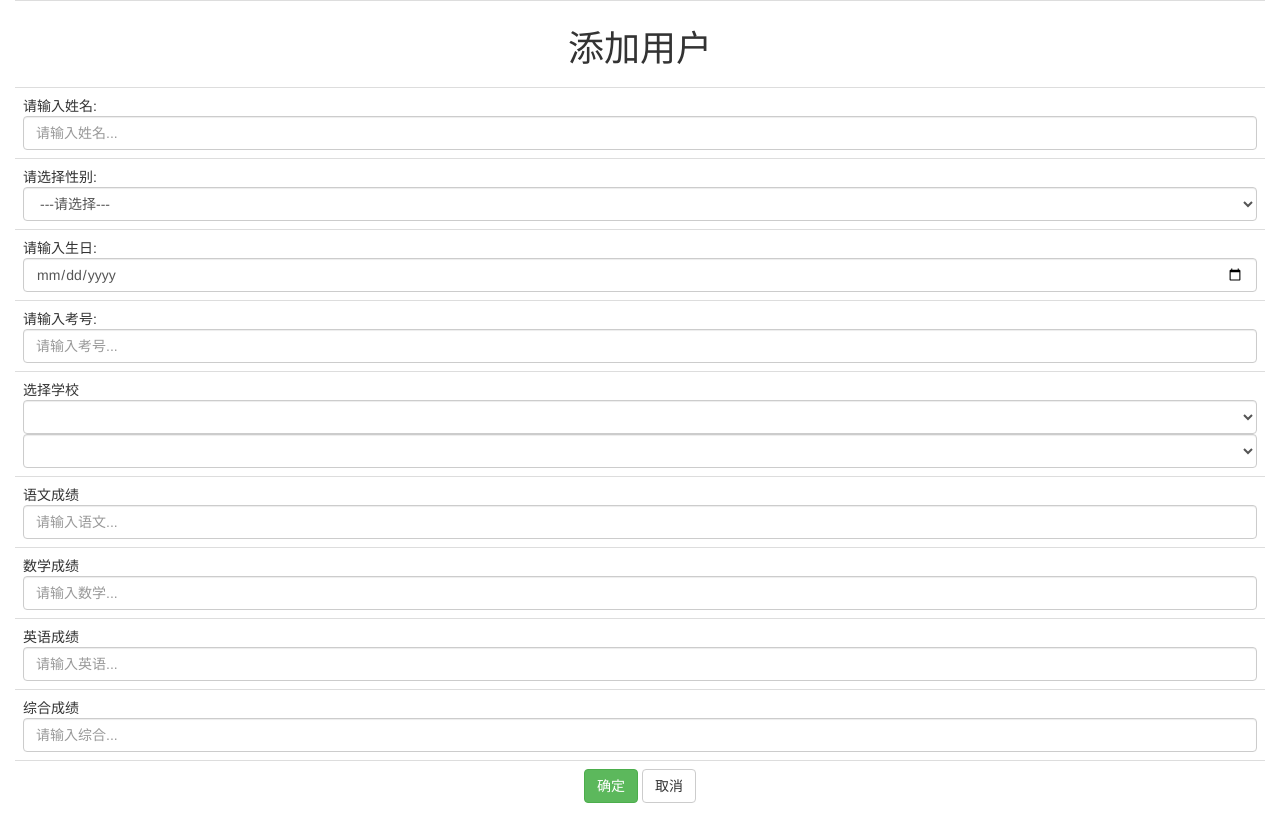
Repository: HelloChuang/HelloChuang-EclipseWorkSpace
Page: http://localhost/JustTest/user_add.jsp
An editor plug-in stored every save of this project. The page is shown before and after the next save, followed by the edit.
The browser window is 1280 px wide. The pictures show the whole page.
The page is served by Tomcat 9. Nobody is signed in. The application's start-up code is not run.

Above is the page before, as saved 2018-11-06 14:14:56.

After the next save:
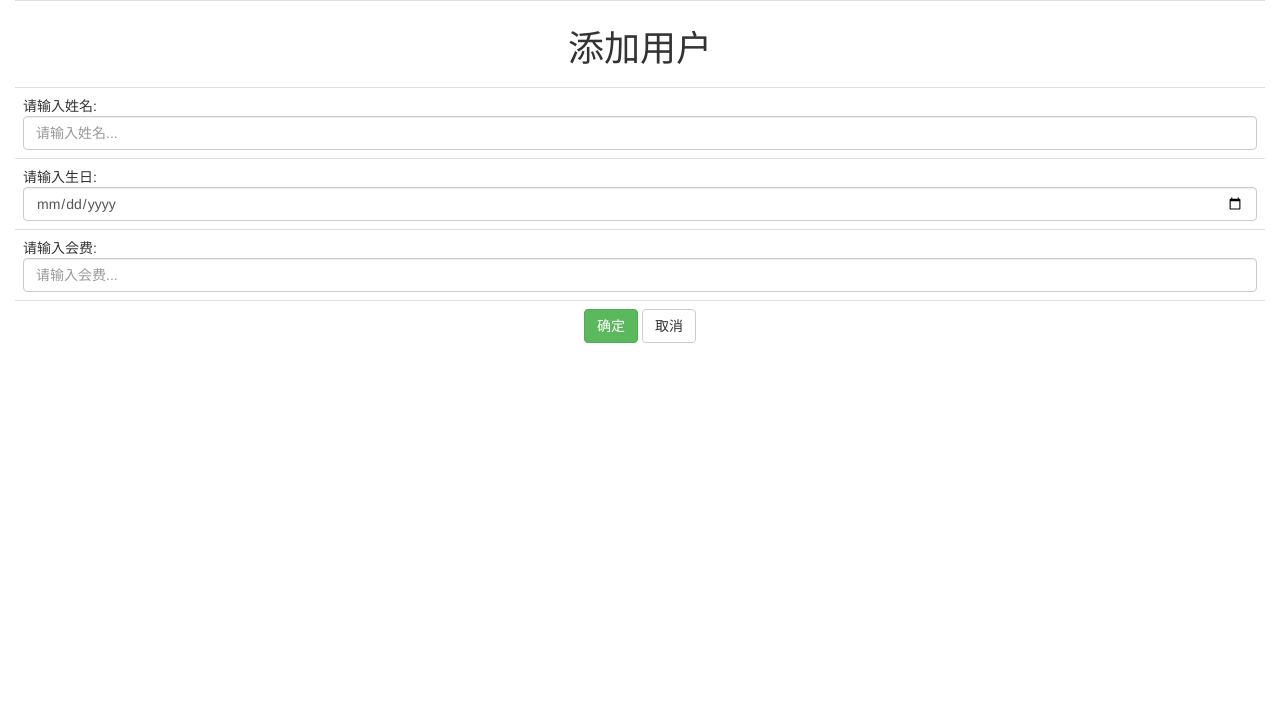
Saved 75 s later.
--- a/EclipseWorkSpace/JustTest/src/main/webapp/user_add.jsp
+++ b/EclipseWorkSpace/JustTest/src/main/webapp/user_add.jsp
@@ -16,35 +16,18 @@
 	<form action="userAdd" method="get" class="col-xs-12">
 		<table class="table table-hover">
 		<tr align="center" ><td><h1>添加用户</h1></td></tr>
-				<tr class="sucess"><td>请输入姓名:<input class="form-control"type="text" name="sname" required placeholder="请输入姓名..."/></td></tr>
-
-				<tr class="sucess"><td>请选择性别:
-				<select name="sex" class="form-control">
-				<option >---请选择---</option>
-				<option value="1">男</option>
-				<option value="0">女</option>
-				</select>
-
-				</td></tr>
-				<tr class="sucess"><td>请输入生日:<input class="form-control"type="date" name="birthday" /></td></tr>
-				<tr class="sucess"><td>请输入考号:<input class="form-control"type="number" name="examnum" required placeholder="请输入考号..."/></td></tr>
-
-
-				<tr class="sucess">
-				<td>选择学校
-				<select id="areaSelect"class="form-control" required onchange="loadSchools();">
-				</select>
-				<select id="scSelect" name="scid"class="form-control" required>
-				</select>
-				</td>
-				</tr>
+				<tr class="sucess"><td>请输入姓名:<input class="form-control"type="text" name="uname" required placeholder="请输入姓名..."/></td></tr>
 
 
 
-				<tr class="sucess"><td>语文成绩<input class="form-control "type="number" name="scores['语文']" required placeholder="请输入语文..."/></td></tr>
-				<tr class="sucess"><td>数学成绩<input class="form-control"type="number" name="scores['数学']" required placeholder="请输入数学..."/></td></tr>
-				<tr class="sucess"><td>英语成绩<input class="form-control"type="number" name="scores['英语']" required placeholder="请输入英语..."/></td></tr>
-				<tr class="sucess"><td>综合成绩<input class="form-control"type="number" name="scores['综合']" required placeholder="请输入综合..."/></td></tr>
+				<tr class="sucess"><td>请输入生日:<input class="form-control"type="date" name="udate" /></td></tr>
+				<tr class="sucess"><td>请输入会费:<input class="form-control"type="number" name="umoney" required placeholder="请输入会费..."/></td></tr>
+
+
+
+
+
+
 
 				<tr align="center"><td>
 				<button class="btn btn-success" type="submit">确定</button>
